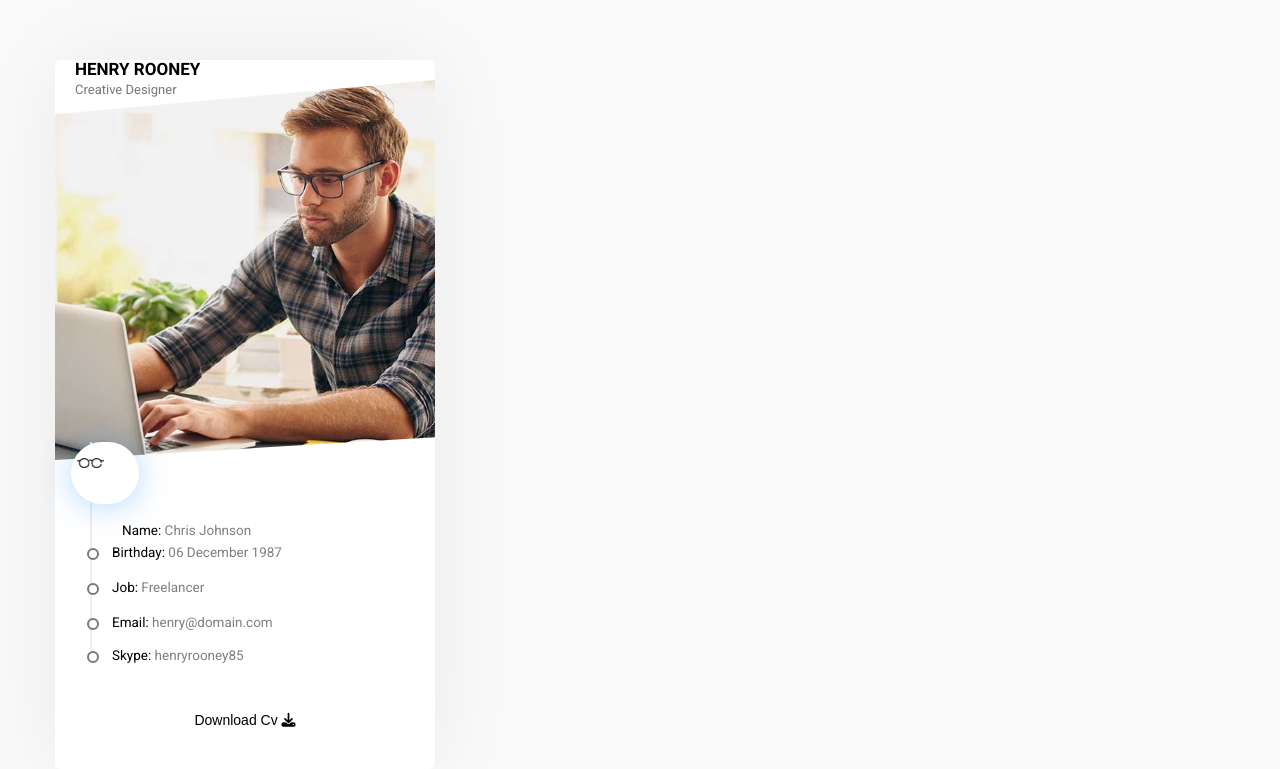
Repository: Lehuyhuynh/mat
Page: index.html
An editor plug-in stored every save of this project. The page is shown before and after the next save, followed by the edit.
The browser window is 1280 px wide. The pictures show the whole page.

Above is the page before, as saved 2023-04-12 12:21:46.

### index.html
<!DOCTYPE html>
<html lang="en">
<head>
                    <meta charset="UTF-8">
                    <meta http-equiv="X-UA-Compatible" content="IE=edge">
                    <meta name="viewport" content="width=device-width, initial-scale=1.0">
                    <title>Mat</title>
                    <link rel="stylesheet" href="style.css">
                    <link rel="preconnect" href="https://fonts.googleapis.com">
                    <link rel="preconnect" href="https://fonts.gstatic.com" crossorigin>
                     <link href="https://fonts.googleapis.com/css2?family=Roboto:wght@400;500;700;900&display=swap" rel="stylesheet">

                    <link rel="stylesheet" href="icon-fonts/font-awesome-4.7.0/css/font-awesome.min.css"/>

                    <link rel="stylesheet" href="https://cdnjs.cloudflare.com/ajax/libs/font-awesome/6.4.0/css/all.min.css" integrity="sha512-iecdLmaskl7CVkqkXNQ/ZH/XLlvWZOJyj7Yy7tcenmpD1ypASozpmT/E0iPtmFIB46ZmdtAc9eNBvH0H/ZpiBw==" crossorigin="anonymous" referrerpolicy="no-referrer" />
</head>
<body>
    <div id="preloader">

        <div class="spinner">

        </div>

    </div>

    <div class="wrapper container">

        <div class="row">

            <!-- profile section -->

            <div class="col-lg-3 col-md-4">

                <div class="profile">

                    <div class="profile-name">

                        <span class="name">Henry Rooney</span><br>

                        <span class="jod">Creative Designer</span><br>

                    </div>

                    <img class="profile-img" src="img/profile.jpg" alt="#">

                     <ul class="profile-information">

                        <li><p><span>Name:</span> Chris Johnson</p></li>

                        <li><p><span>Birthday:</span> 06 December 1987</p></li>

                        <li><p><span>Job:</span> Freelancer</p></li>

                        <li><p><span>Email:</span> henry@domain.com</p></li>

                        <li><p><span>Skype:</span> henryrooney85</p></li>

                    </ul>

                    <div class="col-md-12">

                         <button class="site-btn icon">Download Cv

                            <i class="fa fa-download" aria-hidden="true"></i>

                        </button>

                    </div>

                </div>

            </div>

                <!-- header -->


    </div>
</body>
</html>

### style.css
body{
                    background-image: url(/img/bg.png) #fafafa;
                   font-family: roboto, sans-serif;
                   background:#fafafa;
                   position: relative;
                   overflow: hidden;

}

html{
                    height: 100%;
}
*{
                    margin: 0;
                    padding: 0;
                    border: 0;
                    outline: 0;
                    background: transparent;
}

.site-btn{
                    font-size: 14px;
                    font-weight: 500;
                    border-radius: 50px;
                    -webkit-border-radius:50px;
                    -moz-border-radius:50px;
                    padding: 1px 29px;
                    line-height: 35px;
}

.site-btn .icon{
                    text-align: left;
                    padding: 1px 6px 1px 19px;
}

.site-btn .icon i{
                    color: #000;
                    background: #fff;
                    margin-left: 15px;
                    border-radius: 50px;
                    font-size: 11px;
                    height: 27px;
                    width: 27px;
                    float: right;
                    text-align: center;
                    line-height: 29px;
                    margin-top: 4px;
}

p{
                    font-size: 13px;
                    color: #4c4c4c;
                    line-height: 24px;
 }

 .profile{
                    background: #fff;
                    border-radius: 6px;
                    -moz-border-radius: 6px;
                    -webkit-border-radius: 6px;
                    -o-border-radius: 6px;
                    width: 100%;
                    display: inline-block;
                    box-shadow: 0px 2px 92px 0px rgba(0, 0, 0, 0.07);
                    -webkit-box-shadow: 0px 2px 92px 0px rgba(0, 0, 0, 0.07);
                    -moz-box-shadow: 0px 2px 92px 0px rgba(0, 0, 0, 0.07);
}

.profile .name {
                    line-height: 18px;
                    padding: 20px;
                    text-transform: uppercase;
                    font-size: 17px;
                    font-weight: bold;

}
.profile .jod {
                    padding: 20px;
                    color: #777777;
                    font-size: 13px;
}

.profile-img{
                   margin-top: -18px;
                   -webkit-clip-path: polygon(0 9%, 100% 0, 100% 94%, 0% 100%);
                    clip-path: polygon(0 9%, 100% 0, 100% 94%, 0% 100%);
                    height: 380px;

}
.profile-img img{
                    width: 100%;
}

.profile-information{
                    list-style: none;
                    margin: 8px 0px 8px 35px;
}

.profile-information li{
                    border-left: 2px solid #eee;
                    padding:0 0 23px 20px;
                    font-size: 14px;
                    color: #787878;
}

ul.profile-information li p{
                    font-size: 13.5px;
                    color: #7f7f7f;
                    line-height: 12px;
}

ul.profile-information li:last-child{
                    border: 0;
                    margin-left: 2px;
                    margin-top: -2px;
}


ul.profile-information li:before{
                    content: "";
                    border: solid 2px;
                    width: 8px;
                    height: 8px;
                    border-radius: 50px;
                    -moz-border-radius: 50px;
                    -webkit-border-radius: 50px;
                    font-size: 8px;
                    margin-left: -25px;
                    margin-top: 2px;
                    font-weight: 400;
                    background: #fff;
                    display: block;
                    position: absolute;
}

ul.profile-information li span{color:#000}

ul.profile-information li:first-child{
                    padding-bottom: 10px;
                    padding-left: 30px;
                    position: relative;
}

ul.profile-information li:first-child img {
                    margin:44px -44px;
                    display: inline-block;
                    position: absolute;
                    width: 20px;
 }

 ul.profile-information li:first-child::before {

                    margin-left: -51px;
                    margin-top: -30px;
                    margin-bottom: 20px;
                    position: relative;
                    border: 0;
                    width: 40px;
                    height: 40px;
                    padding: 11px 14px;
                    box-shadow: 0px 2px 32px 0px rgba(4, 123, 248, 0.3);
}
 ul.profile-information li:first-child::after {
                    background: url(img/glasses.png) no-repeat;
                    content: '';
                    width: 30px;
                    height: 10px;
                    position: absolute;
                    top: 0;
                    left: 0;
                    margin: 16px -15px;
                    background-size: 27px 10px;
 }

.profile .site-btn{
                    margin: 18px auto 30px;
                    display: block;
}

.tabs .tab a {
                    text-decoration: none;
                    margin: 5px;
}
.col-md-4  .pull-right{
                    text-align: right;
}

.wrapper{
                    margin-top: 60px;
                    width: 1170px ;
                    background: transparent;
}
.container{
                    padding-right: 15px;
                    padding-left: 15px;
                    margin-right: auto;
                    margin-left: auto;
}
*{
                    margin: 0;
                    padding: 0;
                    border: 0;
                    outline: 0;;
                    background: transparent;
}
.row{
                    display: flex;
}



.tabs{
                    display: flex;
                    list-style-type: none;
                    text-decoration: none;

}

.tabs .tab a {
                    text-decoration: none;
                    margin: 5px;
}
.col-md-4  .pull-right{
                    text-align: right;
}

After the next save:
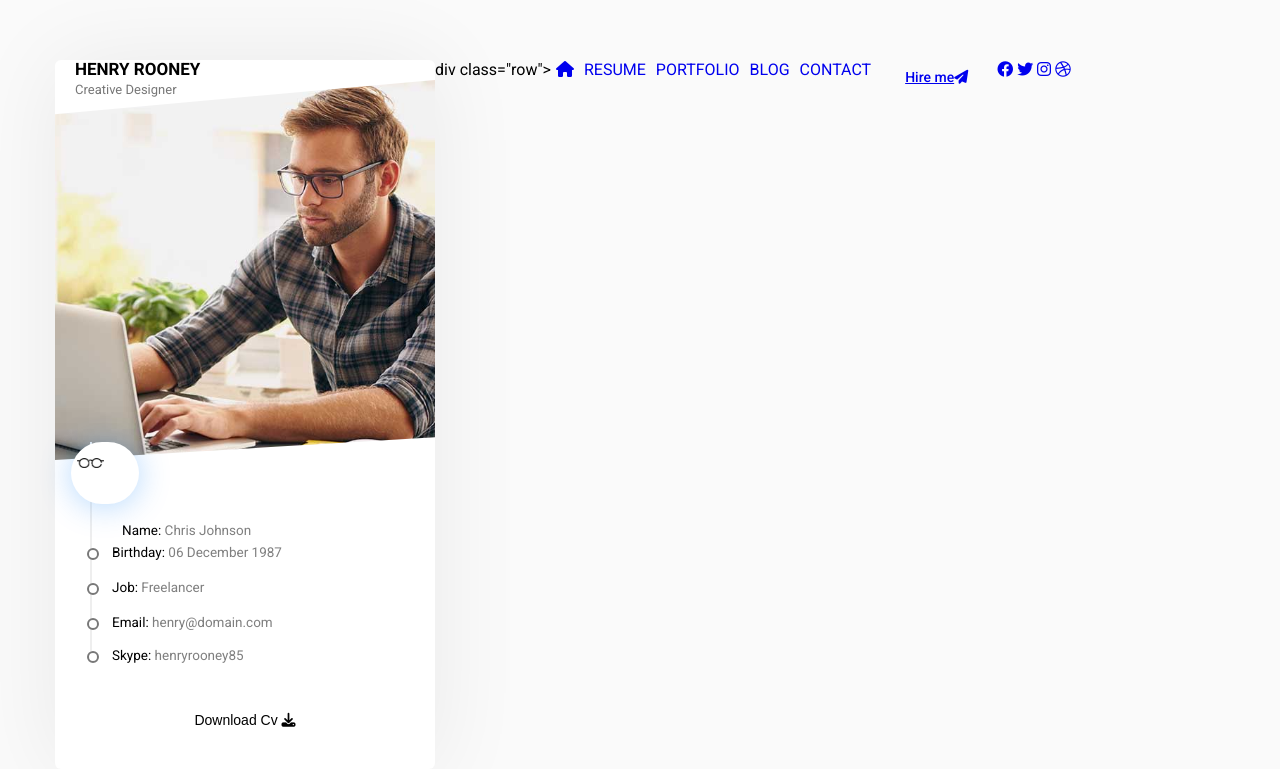
Saved 15 s later.
--- a/index.html
+++ b/index.html
@@ -72,7 +72,47 @@
             </div>
 
                 <!-- header -->
+                div  class="row">
 
+                <div class="col-md-8 col-sm-8-col-xs-4">
+
+                    <ul class="tabs">
+                        <li class="tab">
+
+                          <a class="home-btn" href="#home"><i class="fa fa-home" aria-hidden="true"></i></a>
+
+                        </li>
+                        <li class="tab"><a href="#RESUME">RESUME</a></li>
+                        <li class="tab"><a href="#PORTFOLIO">PORTFOLIO</a></li>
+                        <li class="tab"><a href="#BLOG">BLOG</a></li>
+                        <li class="tab"><a href="#CONTACT">CONTACT</a></li>
+
+                    </ul>
+                    </div>
+
+
+                <div class="col-md-4 col-sm-4 col-xs-8 dynamic">
+
+                    <a href="mailto:hi@tavonline.net" class="pull-right site-btn icon hidden-xs">Hire me<i class="fa fa-paper-plane" aria-hidden="true"></i></a>
+
+                </div>
+
+
+                <div class="hidden-md social-icons pull-right">
+
+                    <a class="fb" href="#"><i class="fa-brands fa-facebook"></i></a>
+
+                    <a class="tw" href="#"><i class="fa-brands fa-twitter"></i></a>
+
+                    <a class="ins" href="#"><i class="fa-brands fa-instagram"></i></a>
+
+                    <a class="dr" href="#"><i class="fa-brands fa-dribbble" ></i></a>
+
+                </div>
+
+             </div>
+
+        </div>
 
     </div>
 </body>
